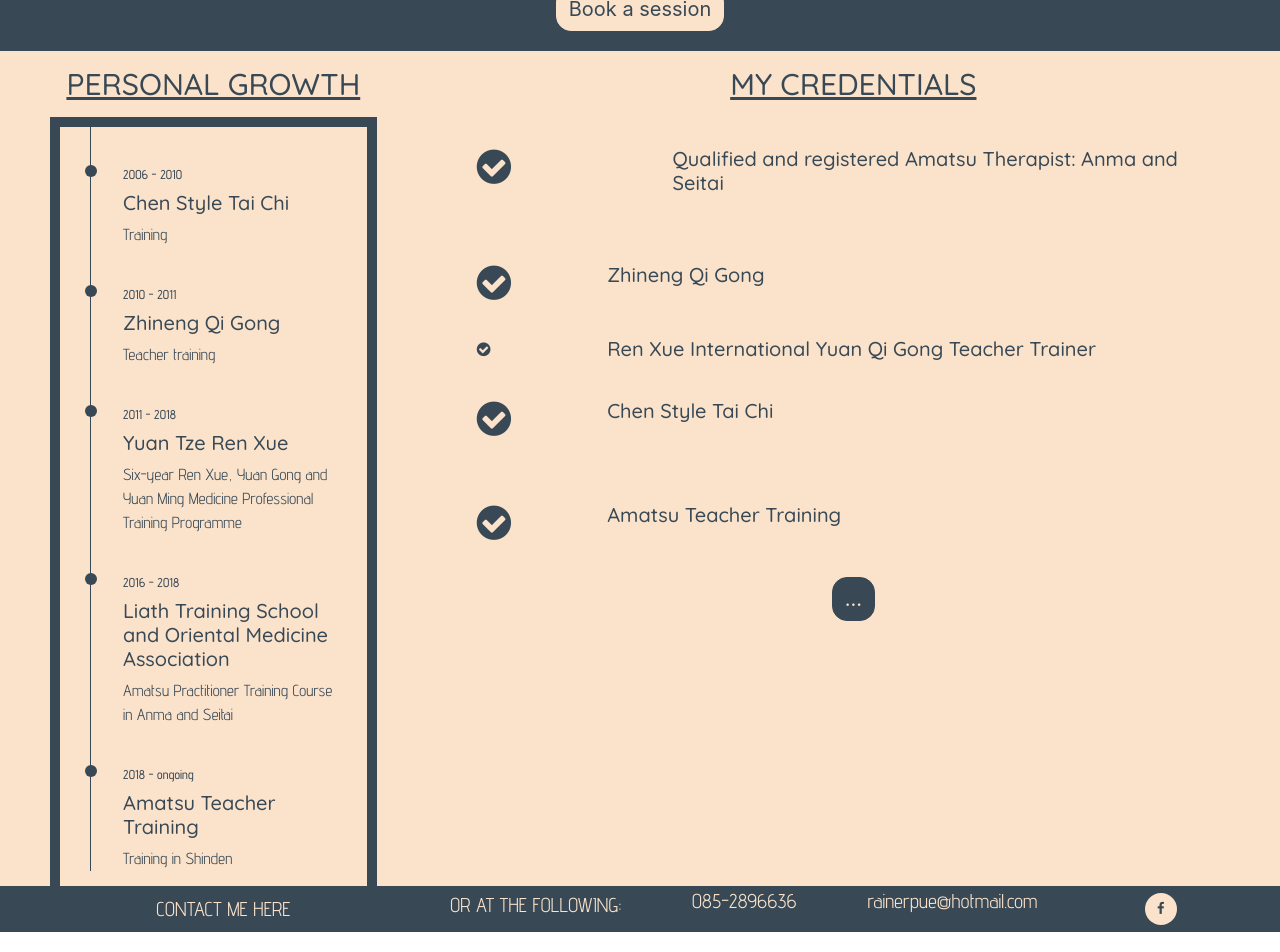
Repository: rainerpue/practitioner_website
Page: about.html
The author's editor kept a record of every edit. The page is drawn from the files as they stood at one moment, then again after the next edit.
The browser window is 1280 px wide. The pictures show the part of the page from y = 802 to 1754 px (the page is 1754 px tall).
Some web libraries are served in a nearby version.

Above is the page before.

After the next edit:
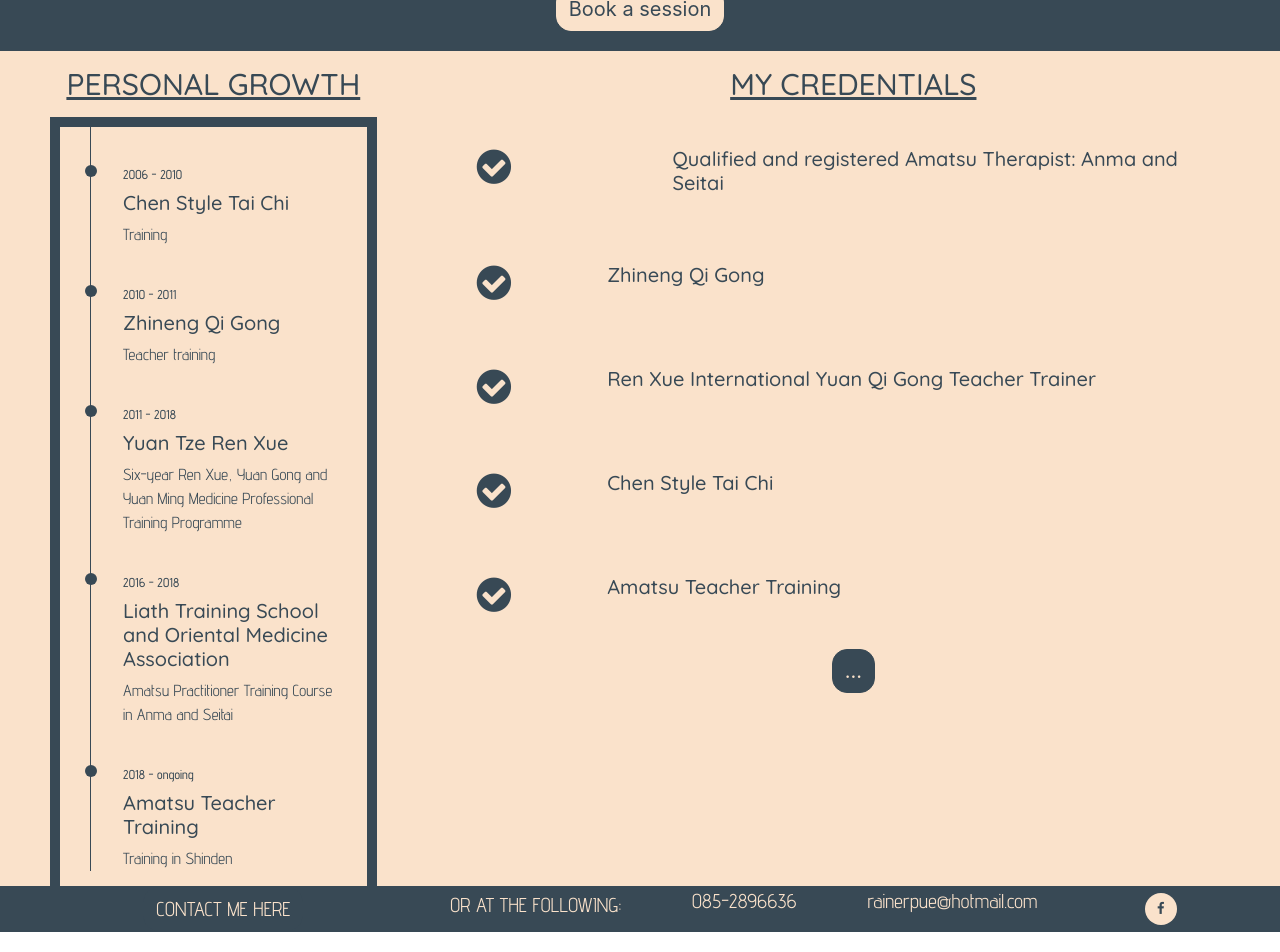
The edit:
--- a/about.html
+++ b/about.html
@@ -158,7 +158,7 @@
                             <h4>Zhineng Qi Gong</h4>
                         </div>
                     </div>
-                    <div class="row list row">
+                    <div class="row list-row">
                         <div class="col-2">
                             <i class="fa fa-check-circle"></i>
                         </div>
